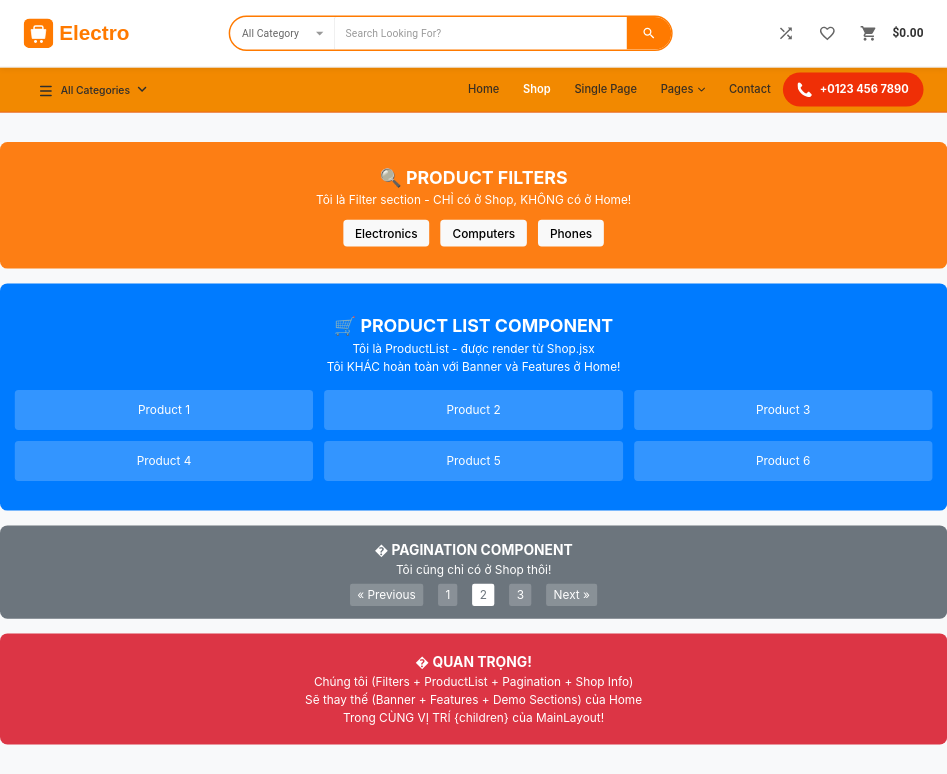
Repository: HoangKhangKhuPho4/react-electro-store
Page: /shop (app in my-react-app/)
The author's editor kept a copy of each file at every save. The page is drawn from the files as they stood at one save, then again after the next save.
The browser window is 1280 px wide. The pictures show the whole page, at 74% of full size.
The project was rebuilt for these pictures with package versions that can differ from the ones it lists, and the page was loaded fresh each time. Also part of the build but not shown: my-react-app/vite.config.js, my-react-app/src/pages/About.jsx, my-react-app/src/pages/Contact.jsx, my-react-app/src/components/Banner/Banner.css, my-react-app/src/components/Banner/Banner.jsx, my-react-app/src/components/Banner/index.js, my-react-app/src/components/Promo/Promo.jsx, my-react-app/src/components/Promo/index.js and 5 more.

Above is the page before, as saved 2025-09-24 22:52:24.

### my-react-app/src/main.jsx
import { StrictMode } from "react";
import { createRoot } from "react-dom/client";
import { Provider } from "react-redux";
import App from "./App.jsx";
import "./index.css";
import { store } from "./redux/store";

createRoot(document.getElementById("root")).render(
  <StrictMode>
    <Provider store={store}>
      <App />
    </Provider>
  </StrictMode>
);

### my-react-app/src/App.jsx
/**
 * MAIN APP COMPONENT
 *
 * Router setup cho toàn bộ application
 * TẤT CẢ pages sẽ tự động có Header, Navigation, Footer nhờ MainLayout
 */

import { Route, BrowserRouter as Router, Routes } from "react-router-dom";
import "./App.css";

// Layout Components
import Header from "./components/Header/Header";
import Navigation from "./components/Navigation/Navigation";

// Pages
import About from "./pages/About";
import Contact from "./pages/Contact";
import Home from "./pages/Home";
import Shop from "./pages/Shop";

// RTK Query Demo
import AppSliceDemo from "./components/AppSliceDemo";
import RTKQueryDemo from "./components/RTKQueryDemo";

function App() {
  return (
    <Router>
      <div className="app">
        {/* Header xuất hiện trên tất cả các trang */}
        <Header />

        {/* Navigation nằm ngay dưới Header */}
        <Navigation />

        {/* Main content area */}
        <main className="main-content">
          <Routes>
            <Route path="/" element={<Home />} />
            <Route path="/shop" element={<Shop />} />
            <Route path="/contact" element={<Contact />} />
            <Route path="/about" element={<About />} />
            <Route path="/rtk-demo" element={<RTKQueryDemo />} />
            <Route path="/app-slice-demo" element={<AppSliceDemo />} />
          </Routes>
        </main>
      </div>
    </Router>
  );
}

export default App;

### my-react-app/src/App.css
/* Global App Styles */
.app {
  min-height: 100vh;
  display: flex;
  flex-direction: column;
  width: 100%;
}

.main-content {
  flex: 1;
  padding: 20px 0;
  width: 100%;
}

.container {
  max-width: 1200px;
  margin: 0 auto;
  padding: 0 20px;
  width: 100%;
}

/* Global reset for better consistency */
* {
  margin: 0;
  padding: 0;
  box-sizing: border-box;
}

html,
body {
  width: 100%;
  overflow-x: hidden;
}

body {
  font-family: -apple-system, BlinkMacSystemFont, "Segoe UI", "Roboto", "Oxygen",
    "Ubuntu", "Cantarell", "Fira Sans", "Droid Sans", "Helvetica Neue",
    sans-serif;
  -webkit-font-smoothing: antialiased;
  -moz-osx-font-smoothing: grayscale;
  background-color: #f8f9fa;
  width: 100%;
}

/* Button reset */
button {
  font-family: inherit;
}

/* Link reset */
a {
  color: inherit;
  text-decoration: none;
}

/* Form elements reset */
input,
select,
textarea {
  font-family: inherit;
}

/* Responsive utilities */
@media (max-width: 768px) {
  .container {
    padding: 0 15px;
  }
}

@media (max-width: 480px) {
  .container {
    padding: 0 10px;
  }
}

### my-react-app/src/pages/Shop.jsx
/**
 * SHOP PAGE - DEMO CHILDREN KHÁC
 *
 * Demo cách React điền children KHÁC vào cùng MainLayout
 */

import ProductList from "../components/ProductList";

const Shop = () => {
  console.log(
    "🛒 Shop.jsx: TRƯỚC KHI RENDER - Chuẩn bị truyền children KHÁC cho MainLayout"
  );
  console.log(
    "🛒 Shop.jsx: Children sẽ là ProductList + FilterSection (KHÁC với Home!)"
  );

  return (
    <div className="shop-page">
      {/* Component 1: Product Filters (inline) */}
      <div
        style={{
          background: "#fd7e14",
          color: "white",
          padding: "30px 20px",
          textAlign: "center",
          margin: "20px 0",
          borderRadius: "10px",
        }}
      >
        <h2>🔍 PRODUCT FILTERS</h2>
        <p>Tôi là Filter section - CHỈ có ở Shop, KHÔNG có ở Home!</p>
        <div
          style={{
            display: "flex",
            justifyContent: "center",
            gap: "15px",
            marginTop: "15px",
          }}
        >
          <button
            style={{ padding: "8px 16px", borderRadius: "5px", border: "none" }}
          >
            Electronics
          </button>
          <button
            style={{ padding: "8px 16px", borderRadius: "5px", border: "none" }}
          >
            Computers
          </button>
          <button
            style={{ padding: "8px 16px", borderRadius: "5px", border: "none" }}
          >
            Phones
          </button>
        </div>
      </div>

      {/* Component 2: ProductList component */}
      <ProductList />

      {/* Component 3: Pagination (inline) */}
      <div
        style={{
          background: "#6c757d",
          color: "white",
          padding: "20px",
          textAlign: "center",
          margin: "20px 0",
          borderRadius: "10px",
        }}
      >
        <h3>� PAGINATION COMPONENT</h3>
        <p>Tôi cũng chỉ có ở Shop thôi!</p>
        <div style={{ marginTop: "10px" }}>
          <span
            style={{
              margin: "0 10px",
              padding: "5px 10px",
              background: "rgba(255,255,255,0.2)",
              borderRadius: "3px",
            }}
          >
            « Previous
          </span>
          <span
            style={{
              margin: "0 10px",
              padding: "5px 10px",
              background: "rgba(255,255,255,0.2)",
              borderRadius: "3px",
            }}
          >
            1
          </span>
          <span
            style={{
              margin: "0 10px",
              padding: "5px 10px",
              background: "white",
              color: "#6c757d",
              borderRadius: "3px",
            }}
          >
            2
          </span>
          <span
            style={{
              margin: "0 10px",
              padding: "5px 10px",
              background: "rgba(255,255,255,0.2)",
              borderRadius: "3px",
            }}
          >
            3
          </span>
          <span
            style={{
              margin: "0 10px",
              padding: "5px 10px",
              background: "rgba(255,255,255,0.2)",
              borderRadius: "3px",
            }}
          >
            Next »
          </span>
        </div>
      </div>

      {/* Component 4: Shop info */}
      <div
        style={{
          background: "#dc3545",
          color: "white",
          padding: "25px 20px",
          textAlign: "center",
          margin: "20px 0",
          borderRadius: "10px",
        }}
      >
        <h3>� QUAN TRỌNG!</h3>
        <p>Chúng tôi (Filters + ProductList + Pagination + Shop Info)</p>
        <p>Sẽ thay thế (Banner + Features + Demo Sections) của Home</p>
        <p>Trong CÙNG VỊ TRÍ {"{children}"} của MainLayout!</p>
      </div>
    </div>
  );
};

export default Shop;

### my-react-app/src/components/Header/Header.css
/* Override MUI AppBar styles */
.header.MuiAppBar-root {
  background: white !important;
  border-bottom: 1px solid #e8e9ea;
  position: sticky;
  top: 0;
  z-index: 1000;
  box-shadow: 0 2px 8px rgba(0, 0, 0, 0.08) !important;
  width: 100%;
}

/* Override MUI Toolbar styles */
.header-container.MuiToolbar-root {
  width: 100% !important;
  max-width: 100%;
  margin: 0;
  padding: 0 2rem !important;
  display: grid !important;
  grid-template-columns: minmax(200px, 1fr) minmax(500px, 3fr) minmax(
      280px,
      1fr
    );
  align-items: center;
  min-height: 90px !important;
  gap: 2rem;
}

/* Khu vực 1: Logo (Trái) */
.header-logo {
  display: flex;
  align-items: center;
  justify-content: flex-start;
  width: 100%;
}

/* Khu vực 2: Search (Giữa) */
.header-search {
  display: flex;
  align-items: center;
  justify-content: center;
  width: 100%;
}

/* Khu vực 3: Actions (Phải) */
.header-actions {
  display: flex;
  align-items: center;
  justify-content: flex-end;
  width: 100%;
}

/* Responsive Design for MUI */
@media (max-width: 1200px) {
  .header-container.MuiToolbar-root {
    padding: 0 1.5rem !important;
    gap: 1.5rem;
    grid-template-columns: 1fr 2fr 1fr;
  }
}

@media (max-width: 1024px) {
  .header-container.MuiToolbar-root {
    padding: 0 1rem !important;
    gap: 1rem;
    grid-template-columns: 1fr 2fr 1fr;
  }
}

@media (max-width: 768px) {
  .header.MuiAppBar-root {
    position: relative !important;
  }

  .header-container.MuiToolbar-root {
    display: flex !important;
    flex-wrap: wrap;
    height: auto !important;
    min-height: auto !important;
    padding: 15px !important;
    gap: 15px;
  }

  .header-logo {
    order: 1;
    flex: 0 0 auto;
    justify-content: flex-start;
  }

  .header-actions {
    order: 2;
    flex: 0 0 auto;
    justify-content: flex-end;
  }

  .header-search {
    order: 3;
    width: 100%;
    flex: 1 1 100%;
  }
}

@media (max-width: 480px) {
  .header-container.MuiToolbar-root {
    padding: 10px !important;
    gap: 10px;
  }

  .header-logo .logo-text {
    font-size: 20px;
  }

  /* Adjust search bar for mobile */
  .header-search .MuiBox-root {
    max-width: 100% !important;
  }

  .header-search .MuiFormControl-root {
    min-width: 100px !important;
  }
}

/* Ensure proper alignment */
.header-logo > * {
  width: auto;
  flex-shrink: 0;
}

.header-search > * {
  width: 100%;
  margin: 0;
  max-width: none;
}

.header-actions > * {
  width: auto;
  flex-shrink: 0;
}

/* Animation for sticky header */
.header.MuiAppBar-root.scrolled {
  background: rgba(255, 255, 255, 0.95) !important;
  backdrop-filter: blur(10px);
}

.header-container > * {
  transition: all 0.3s ease;
}

/* Custom MUI overrides for search bar */
.header-search .MuiFormControl-root .MuiSelect-select {
  color: #666 !important;
  font-size: 14px !important;
}

.header-search .MuiTextField-root .MuiInputBase-input::placeholder {
  color: #999 !important;
  opacity: 1 !important;
}

/* Ensure proper spacing for icons */
.header-actions .MuiIconButton-root {
  padding: 8px;
  color: #666 !important;
}

.header-actions .MuiIconButton-root:hover {
  background-color: rgba(0, 0, 0, 0.04);
}

/* Cart price styling */
.header-actions .MuiTypography-root {
  margin-left: 4px;
}

### my-react-app/src/components/Navigation/Navigation.css
.navigation {
  background: #f28900; /* orange bar similar to screenshot */
  border-bottom: 1px solid #e55a2b;
  position: relative;
  z-index: 900;
}

.navigation-container {
  width: 100%;
  margin: 0;
  padding: 0 2rem;
  display: grid;
  grid-template-columns: auto 1fr auto;
  align-items: center;
  height: 60px;
}

/* === ALL CATEGORIES SECTION === */
.nav-categories {
  position: relative;
}

.categories-btn {
  background: transparent;
  border: none;
  padding: 12px 20px;
  border-radius: 4px;
  color: #2d2d2d;
  font-size: 14px;
  font-weight: 500;
  cursor: pointer;
  display: flex;
  align-items: center;
  gap: 10px;
  transition: all 0.3s ease;
  min-width: 160px;
}

.categories-btn:hover {
  background: rgba(255, 255, 255, 0.15);
}

.hamburger-icon,
.dropdown-arrow {
  flex-shrink: 0;
}

.categories-dropdown {
  position: absolute;
  top: 100%;
  left: 0;
  background: white;
  border-radius: 4px;
  box-shadow: 0 4px 12px rgba(0, 0, 0, 0.15);
  min-width: 250px;
  opacity: 0;
  visibility: hidden;
  transform: translateY(-10px);
  transition: all 0.3s ease;
  z-index: 1000;
}

.nav-categories:hover .categories-dropdown {
  opacity: 1;
  visibility: visible;
  transform: translateY(0);
}

.categories-list {
  list-style: none;
  padding: 10px 0;
  margin: 0;
}

.category-item {
  border-bottom: 1px solid #f5f5f5;
}

.category-item:last-child {
  border-bottom: none;
}

.category-item a {
  display: block;
  padding: 12px 20px;
  color: #333;
  text-decoration: none;
  font-size: 14px;
  transition: all 0.3s ease;
}

.category-item a:hover {
  background: #f8f9fa;
  color: #ff6b35;
  padding-left: 25px;
}

/* === MAIN NAVIGATION MENU === */
.nav-menu {
  display: flex;
  justify-content: flex-end; /* shift menu to the right */
  align-items: center;
  margin-right: 16px; /* keep a small gap from the phone button */
}

.menu-list {
  list-style: none;
  padding: 0;
  margin: 0;
  display: flex;
  align-items: center;
  gap: 2rem;
}

.menu-item {
  position: relative;
}

.menu-link {
  color: #3a2f22;
  text-decoration: none;
  font-size: 15px;
  font-weight: 500;
  padding: 8px 0;
  display: flex;
  align-items: center;
  gap: 6px;
  transition: all 0.3s ease;
  position: relative;
}

.menu-link:hover {
  color: #ffffff;
}

.menu-link::after {
  content: "";
  position: absolute;
  bottom: -15px;
  left: 0;
  width: 0;
  height: 2px;
  background: #ffffff;
  transition: width 0.3s ease;
}

.menu-link:hover::after {
  width: 100%;
}

.menu-link.active {
  color: #ffffff;
  font-weight: 600;
}

/* Sub Menu Dropdown */
.has-dropdown:hover .sub-menu {
  opacity: 1;
  visibility: visible;
  transform: translateY(0);
}

.sub-menu {
  position: absolute;
  top: 100%;
  left: 0;
  background: white;
  border-radius: 4px;
  box-shadow: 0 4px 12px rgba(0, 0, 0, 0.15);
  min-width: 180px;
  opacity: 0;
  visibility: hidden;
  transform: translateY(-10px);
  transition: all 0.3s ease;
  z-index: 1000;
  list-style: none;
  padding: 10px 0;
  margin: 0;
  margin-top: 15px;
}

.sub-menu-item {
  border-bottom: 1px solid #f5f5f5;
}

.sub-menu-item:last-child {
  border-bottom: none;
}

.sub-menu-link {
  display: block;
  padding: 10px 20px;
  color: #333;
  text-decoration: none;
  font-size: 14px;
  transition: all 0.3s ease;
}

.sub-menu-link:hover {
  background: #f8f9fa;
  color: #ff6b35;
  padding-left: 25px;
}

/* === CONTACT INFO === */
.nav-contact {
  display: flex;
  align-items: center;
  justify-content: flex-end;
}

.contact-info {
  display: flex;
  align-items: center;
  gap: 10px;
  color: #ffffff;
  font-size: 15px;
  font-weight: 700;
  background: #ef2f06; /* red capsule button */
  padding: 12px 20px;
  border-radius: 25px;
  border: 0;
  transition: all 0.3s ease;
}

.contact-info:hover {
  filter: brightness(0.95);
}

.phone-icon {
  flex-shrink: 0;
}

.phone-number {
  white-space: nowrap;
}

/* === RESPONSIVE DESIGN === */
@media (max-width: 1200px) {
  .navigation-container {
    padding: 0 1.5rem;
    gap: 1.5rem;
  }

  .menu-list {
    gap: 1.5rem;
  }
}

@media (max-width: 1024px) {
  .navigation-container {
    padding: 0 1rem;
    gap: 1rem;
  }

  .menu-list {
    gap: 1rem;
  }

  .menu-link {
    font-size: 14px;
  }
}

@media (max-width: 768px) {
  .navigation-container {
    grid-template-columns: auto auto;
    height: 50px;
    padding: 0 1rem;
  }

  .nav-menu {
    display: none; /* Ẩn menu chính trên mobile */
  }

  .nav-contact .contact-info {
    padding: 8px 12px;
    font-size: 13px;
  }

  .categories-btn {
    padding: 8px 12px;
    font-size: 13px;
    min-width: 120px;
  }
}

### my-react-app/src/components/ProductList.jsx
// DEMO PRODUCT LIST COMPONENT (for Shop page)
const ProductList = () => {
  return (
    <div
      style={{
        background: "#007bff",
        color: "white",
        padding: "40px 20px",
        textAlign: "center",
        margin: "20px 0",
        borderRadius: "10px",
      }}
    >
      <h2>🛒 PRODUCT LIST COMPONENT</h2>
      <p>Tôi là ProductList - được render từ Shop.jsx</p>
      <p>Tôi KHÁC hoàn toàn với Banner và Features ở Home!</p>
      <div
        style={{
          display: "grid",
          gridTemplateColumns: "repeat(3, 1fr)",
          gap: "15px",
          marginTop: "20px",
        }}
      >
        {[1, 2, 3, 4, 5, 6].map((i) => (
          <div
            key={i}
            style={{
              padding: "15px",
              background: "rgba(255,255,255,0.2)",
              borderRadius: "5px",
            }}
          >
            Product {i}
          </div>
        ))}
      </div>
    </div>
  );
};

export default ProductList;

### my-react-app/src/components/UI/Logo/Logo.jsx
import "./Logo.css";

const Logo = () => {
  return (
    <div className="logo">
      <a href="/" className="logo-link">
        <div className="logo-icon">
          {/* Shopping bag icon như trong thiết kế */}
          <svg
            width="40"
            height="40"
            viewBox="0 0 40 40"
            fill="none"
            xmlns="http://www.w3.org/2000/svg"
          >
            <rect width="40" height="40" rx="8" fill="#FF7A00" />
            <path
              d="M10 15H30L28.5 27H11.5L10 15Z"
              fill="white"
              stroke="white"
              strokeWidth="1"
            />
            <path
              d="M14 12C14 10.9 14.9 10 16 10H24C25.1 10 26 10.9 26 12V15H14V12Z"
              fill="none"
              stroke="white"
              strokeWidth="2"
            />
            <circle cx="16" cy="31" r="2" fill="white" />
            <circle cx="24" cy="31" r="2" fill="white" />
          </svg>
        </div>
        <span className="logo-text">Electro</span>
      </a>
    </div>
  );
};

export default Logo;

### my-react-app/src/components/UI/Logo/Logo.css
.logo {
  display: flex;
  align-items: center;
  gap: 8px;
  width: 100%;
  min-width: fit-content;
  flex-shrink: 0;
}

.logo-link {
  display: flex;
  align-items: center;
  gap: 8px;
  text-decoration: none;
  color: inherit;
}

.logo-icon {
  display: flex;
  align-items: center;
  justify-content: center;
}

.logo-text {
  font-size: 28px;
  font-weight: 700;
  color: #ff7a00;
  font-family: "Arial", sans-serif;
}

.logo-link:hover .logo-text {
  color: #e56a00;
}

.logo-link:hover .logo-icon svg rect {
  fill: #e56a00;
}

@media (max-width: 768px) {
  .logo-text {
    font-size: 24px;
  }
}

### my-react-app/src/components/Footer/Footer.jsx
import { Box, Button, Grid, IconButton, InputBase, Paper, Typography } from "@mui/material";
import PlaceIcon from "@mui/icons-material/Place";
import MailOutlineIcon from "@mui/icons-material/MailOutline";
import PhoneIcon from "@mui/icons-material/Phone";
import WhatshotIcon from "@mui/icons-material/Whatshot";
import "./Footer.css";

const QuickItem = ({ icon, title, subtitle }) => (
  <Box className="footer-quick-item">
    <Box className="footer-quick-icon">{icon}</Box>
    <Box>
      <Typography className="footer-quick-title">{title}</Typography>
      <Typography className="footer-quick-sub">{subtitle}</Typography>
    </Box>
  </Box>
);

const LinkItem = ({ label }) => (
  <Box component="a" href="#" className="footer-link">
    {label}
  </Box>
);

const Footer = () => {
  return (
    <Box component="footer" className="footer">
      {/* Top quick info bar */}
      <Box className="footer-quick">
        <Grid container spacing={2} className="footer-container">
          <Grid item xs={12} md={3}>
            <QuickItem icon={<PlaceIcon />} title="Address" subtitle="123 Street New York,USA" />
          </Grid>
          <Grid item xs={12} md={3}>
            <QuickItem icon={<MailOutlineIcon />} title="Mail Us" subtitle="info@example.com" />
          </Grid>
          <Grid item xs={12} md={3}>
            <QuickItem icon={<PhoneIcon />} title="Telephone" subtitle="(+012) 3456 7890" />
          </Grid>
          <Grid item xs={12} md={3}>
            <QuickItem icon={<WhatshotIcon />} title="Yoursite@ex.com" subtitle="(+012) 3456 7890" />
          </Grid>
        </Grid>
      </Box>

      {/* Main footer columns */}
      <Box className="footer-main">
        <Grid container spacing={3} className="footer-container">
          <Grid item xs={12} md={4}>
            <Typography className="footer-col-title">Newsletter</Typography>
            <Typography className="footer-text">
              Dolor amet sit justo amet elitr clita ipsum elitr est.Lorem ipsum dolor sit amet, consectetur
              adipiscing elit consectetur adipiscing elit.
            </Typography>
            <Paper component="form" className="newsletter" elevation={0}>
              <InputBase className="newsletter-input" placeholder="Enter your email" />
              <Button variant="contained" color="warning" className="newsletter-btn">SignUp</Button>
            </Paper>
          </Grid>

          <Grid item xs={12} md={2}>
            <Typography className="footer-col-title">Customer Service</Typography>
            <Box className="footer-links">
              <LinkItem label="Contact Us" />
              <LinkItem label="Returns" />
              <LinkItem label="Order History" />
              <LinkItem label="Site Map" />
              <LinkItem label="Testimonials" />
              <LinkItem label="My Account" />
              <LinkItem label="Unsubscribe Notification" />
            </Box>
          </Grid>

          <Grid item xs={12} md={3}>
            <Typography className="footer-col-title">Information</Typography>
            <Box className="footer-links">
              <LinkItem label="About Us" />
              <LinkItem label="Delivery information" />
              <LinkItem label="Privacy Policy" />
              <LinkItem label="Terms & Conditions" />
              <LinkItem label="Warranty" />
              <LinkItem label="FAQ" />
              <LinkItem label="Seller Login" />
            </Box>
          </Grid>

          <Grid item xs={12} md={3}>
            <Typography className="footer-col-title">Extras</Typography>
            <Box className="footer-links">
              <LinkItem label="Brands" />
              <LinkItem label="Gift Vouchers" />
              <LinkItem label="Affiliates" />
              <LinkItem label="Wishlist" />
              <LinkItem label="Order History" />
              <LinkItem label="Track Your Order" />
              <LinkItem label="Track Your Order" />
            </Box>
          </Grid>
        </Grid>
      </Box>
    </Box>
  );
};

export default Footer;

### my-react-app/src/components/Footer/Footer.css
.footer {
  background: #333537;
  color: #e9e9e9;
}

.footer-container {
  max-width: 1200px;
  margin: 0 auto;
  padding: 0 16px;
}

.footer-quick {
  background: #2f3234;
  padding: 24px 0;
}

.footer-quick-item {
  display: flex;
  gap: 12px;
  align-items: center;
  background: #3a3d40;
  border-radius: 8px;
  padding: 16px;
}

.footer-quick-icon {
  width: 44px;
  height: 44px;
  border-radius: 50%;
  display: flex;
  align-items: center;
  justify-content: center;
  background: #f28900;
  color: #fff;
}

.footer-quick-title {
  font-weight: 700;
}

.footer-quick-sub {
  color: #bdbdbd;
  font-size: 14px;
}

.footer-main {
  padding: 28px 0 40px 0;
}

.footer-col-title {
  font-weight: 800;
  margin-bottom: 12px;
}

.footer-text {
  color: #bdbdbd;
  margin-bottom: 12px;
}

.newsletter {
  display: flex;
  overflow: hidden;
  border-radius: 999px;
  background: #fff;
  padding: 4px;
  max-width: 360px;
}

.newsletter-input {
  padding: 8px 12px;
  flex: 1;
}

.newsletter-btn {
  border-radius: 999px;
}

.footer-links {
  display: grid;
  gap: 8px;
}

.footer-link {
  color: #e9e9e9;
  text-decoration: none;
  font-size: 14px;
}

.footer-link:hover {
  color: #ffffff;
}

Loaded but not shown: my-react-app/index.html (common file); my-react-app/src/index.css (common file); my-react-app/src/components/UI/Logo/index.js (common file); my-react-app/src/redux/appSlice.js (92 lines, source omitted); my-react-app/src/redux/apiSlice.js (83 lines, source omitted); my-react-app/src/redux/store.js (19 lines, source omitted); my-react-app/src/components/Footer/index.js (1 lines, source omitted); my-react-app/src/components/Header/Header.jsx (240 lines, source omitted); my-react-app/src/components/Navigation/Navigation.jsx (173 lines, source omitted)

After the next save:
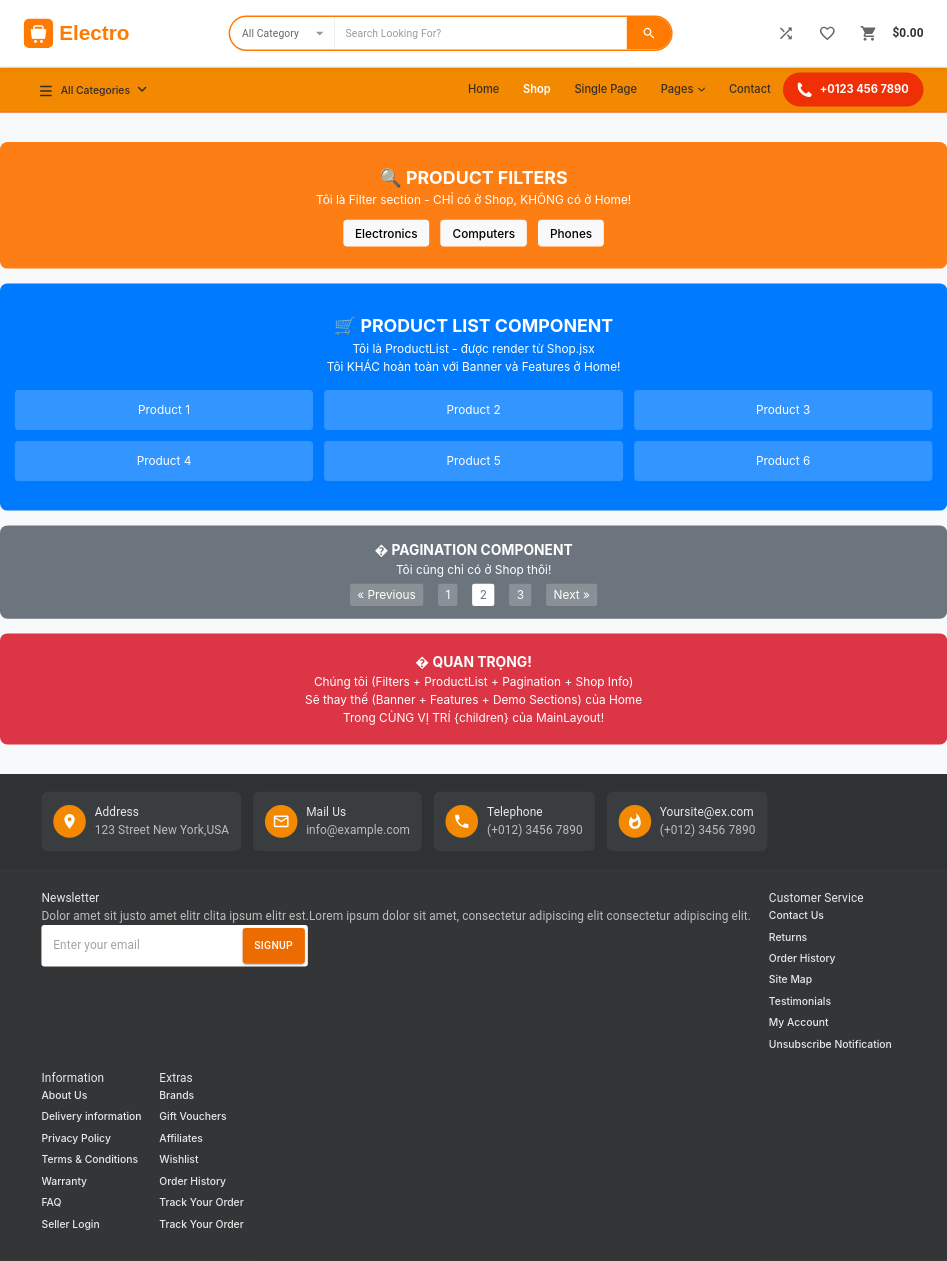
Saved 13 s later.
--- a/my-react-app/src/App.jsx
+++ b/my-react-app/src/App.jsx
@@ -11,6 +11,7 @@ import "./App.css";
 // Layout Components
 import Header from "./components/Header/Header";
 import Navigation from "./components/Navigation/Navigation";
+import Footer from "./components/Footer";
 
 // Pages
 import About from "./pages/About";
@@ -43,6 +44,7 @@ function App() {
             <Route path="/app-slice-demo" element={<AppSliceDemo />} />
           </Routes>
         </main>
+        <Footer />
       </div>
     </Router>
   );
